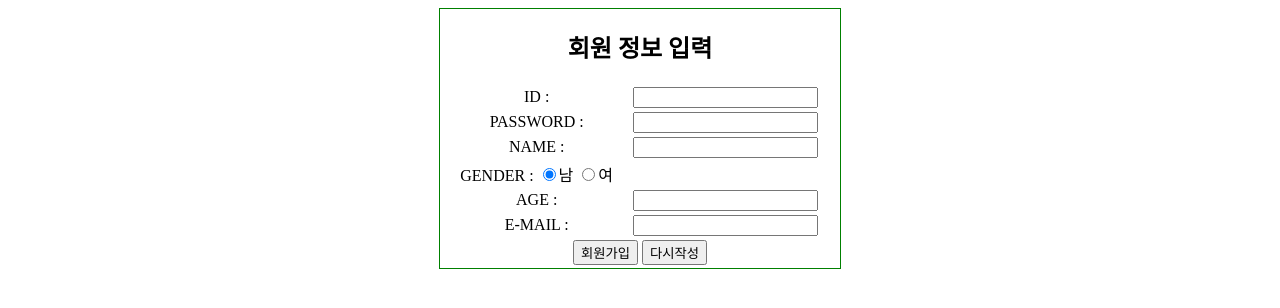
Repository: MaSHwan/JSP_Study
Page: http://localhost/ServletProject/template/join.jsp
An editor plug-in stored every save of this project. The page is shown before and after the next save, followed by the edit.
The browser window is 1280 px wide. The pictures show the whole page.
The page is served by Tomcat 9. Other server files are loaded and not shown.

Above is the page before, as saved 2022-08-08 05:02:33.

### ServletProject/src/main/webapp/template/join.jsp
<%@ page language="java" contentType="text/html; charset=UTF-8"
    pageEncoding="UTF-8"%>
<!DOCTYPE html>
<html>
<head>
<meta charset="UTF-8">
<title>회원가입</title>

<style type="text/css">
	#formArea{
	margin: auto;
	width: 400px;
	border: 1px solid green;
	text-align: center;
	}

	h1{
	text-align: center;
	}

	table{
	width: 380px;
	margin: auto;
	text-align: center;
	}

</style>

</head>
<body>
<section id="formArea">
<h1>회원 정보 입력</h1>
	<form action="joinCheck.jsp" method="post">
		<table>
			<tr>
				<td><label for="id">ID : </label></td>
				<td><input type="text" name="id" id="id"></td>
			</tr>

			<tr>
				<td><label for="pass">PASSWORD : </label></td>
				<td><input type="text" name="pass" id="pass"></td>
			</tr>

			<tr>
				<td><label for="name">NAME : </label></td>
				<td><input type="text" name="name" id="name"></td>
			</tr>

			<tr>
				<td><label for="gender">GENDER : </label>
				<input type="radio" name="gender" id="gender" value="1" checked="checked">남
				<input type="radio" name="gender" id="gender" value="2">여
				</td>
			</tr>

			<tr>
				<td><label for="age">AGE : </label></td>
				<td><input type="text" name="age" id="age"></td>
			</tr>

			<tr>
				<td><label for="email">E-MAIL : </label></td>
				<td><input type="text" name="email" id="email"></td>
			</tr>

			<tr>
				<td colspan="2">
					<input type="submit" value="회원가입">
					<input type="reset" value="다시작성">
				</td>
			</tr>
		</table>
	</form>
</section>
</body>
</html>

After the next save:
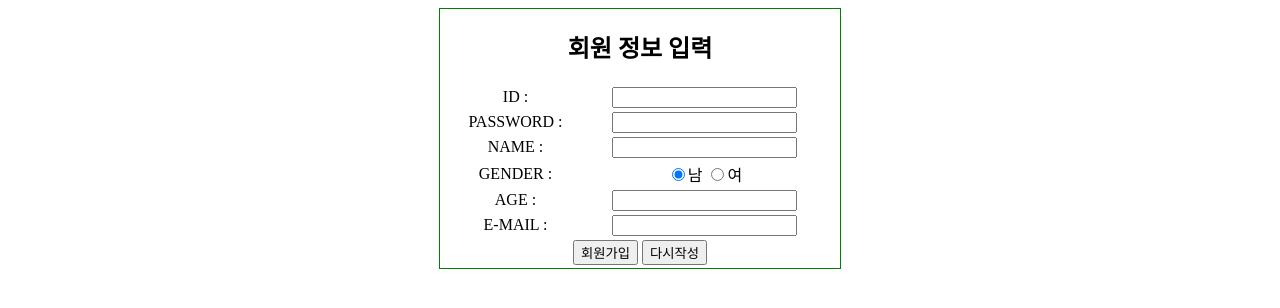
Saved 36 s later.
--- a/ServletProject/src/main/webapp/template/join.jsp
+++ b/ServletProject/src/main/webapp/template/join.jsp
@@ -48,7 +48,8 @@
 			</tr>
 
 			<tr>
-				<td><label for="gender">GENDER : </label>
+				<td><label for="gender">GENDER : </label></td>
+				<td>
 				<input type="radio" name="gender" id="gender" value="1" checked="checked">남
 				<input type="radio" name="gender" id="gender" value="2">여
 				</td>
